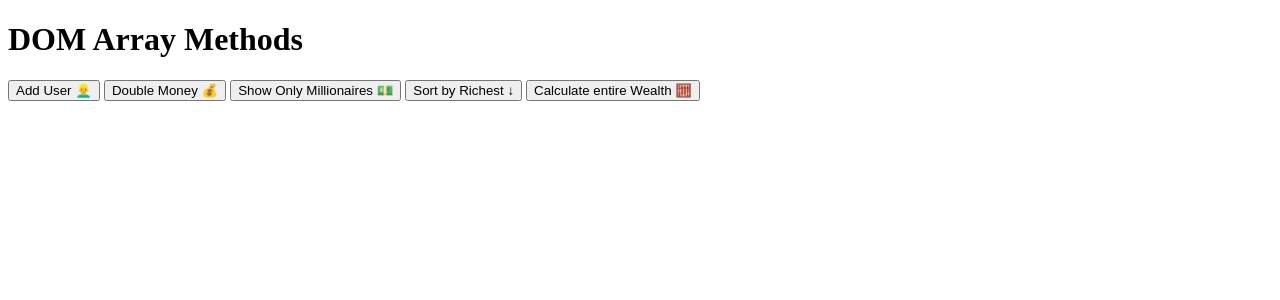
Repository: Youvelop/DOMArrayMethods
Page: index.html
An editor plug-in stored every save of this project. The page is shown before and after the next save, followed by the edit.
The browser window is 1280 px wide. The pictures show the whole page.

Above is the page before, as saved 2020-07-01 11:33:18.

After the next save:
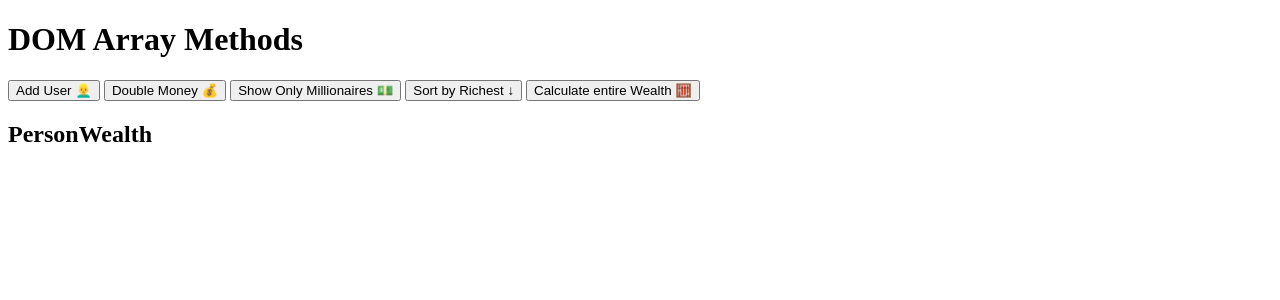
Saved 102 s later.
--- a/index.html
+++ b/index.html
@@ -17,6 +17,9 @@
         <button id="sort">Sort by Richest ↓</button>
         <button id="calculate-wealth">Calculate entire Wealth 🧮</button>
       </aside>
+      <main id="main">
+        <h2><strong>Person</strong>Wealth</h2>
+      </main>
     </div>
 
     <script src="script.js"></script>
